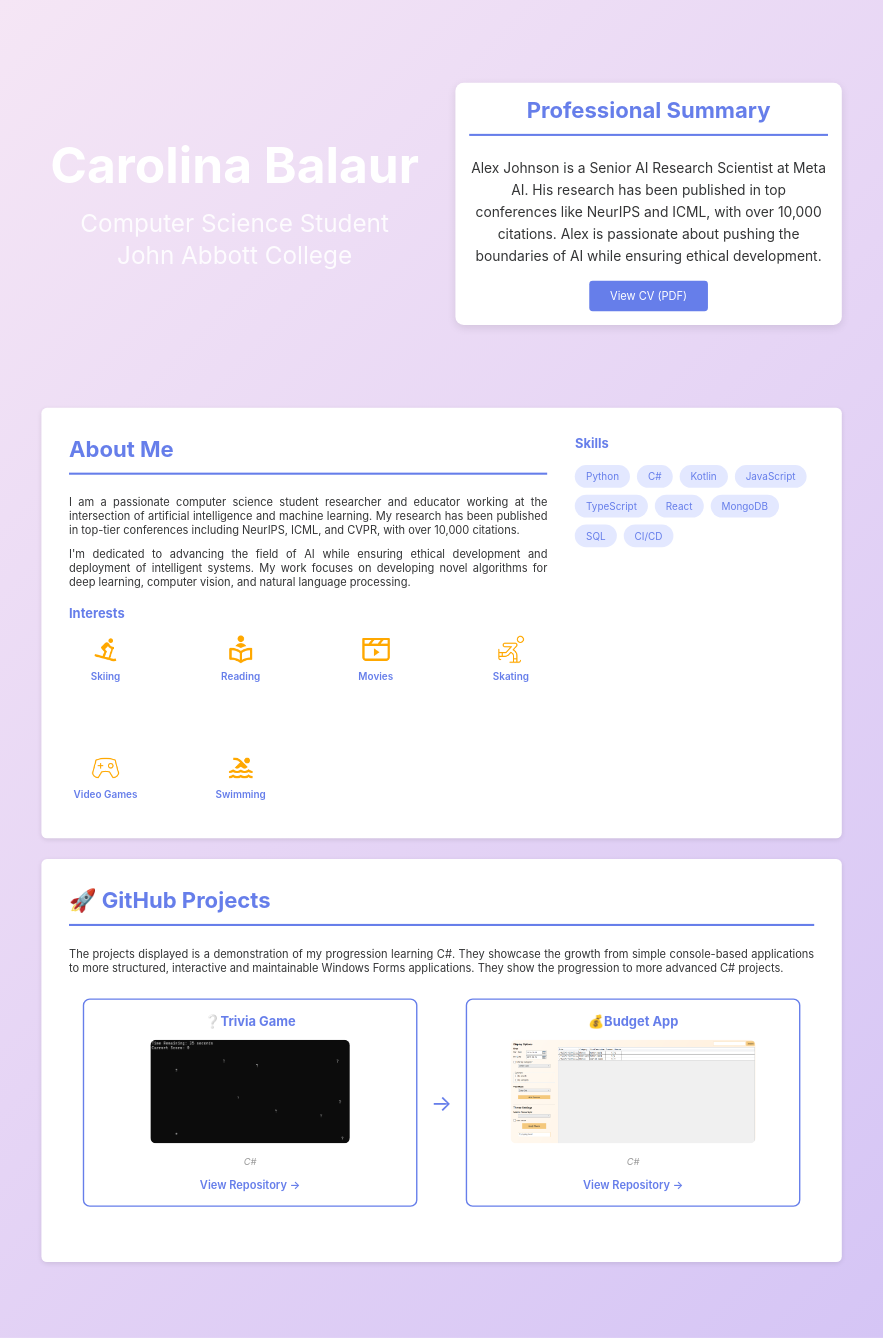
Repository: cocobalaur/portfolio
Page: index.html
The author's editor kept a copy of each file at every save. The page is drawn from the files as they stood at one save, then again after the next save.
The browser window is 1280 px wide. The pictures show the whole page, at 69% of full size.

Above is the page before, as saved 2025-12-06 23:52:50.

### index.html
<!DOCTYPE html>
<html lang="en">

<head>
    <meta charset="UTF-8">
    <meta name="viewport" content="width=device-width, initial-scale=1.0">
    <title>Portfolio</title>
    <link rel="stylesheet" href="style.css">
</head>

<body>
    <header class="header">
        <div class="container">

            <div class="header-section">
                <div class="header-content">

                    <h1>Carolina Balaur</h1>
                    <p class="title">Computer Science Student</p>
                    <p class="title">John Abbott College</p>
                </div>

                <div class="header-sidebar">

                    <h2 class="section-title">Professional Summary</h2>
                    <p>Alex Johnson is a Senior AI Research Scientist at Meta AI. His research has been
                        published in top
                        conferences like NeurIPS and ICML, with over 10,000 citations.
                        Alex is passionate about pushing the boundaries of AI while ensuring
                        ethical development.</p>


                    <a href="CarolinaBalaur.pdf" class="btn-primary" target="_blank">
                        View CV (PDF)
                    </a>

                </div>
                </section>
            </div>
    </header>

    <div class="container">

        <section class="section">
            <div class="project-section">
                <div class="project-content">

                    <h2 class="section-title">About Me</h2>
                    <p>
                        I am a passionate computer science student researcher and educator working at the intersection
                        of artificial intelligence
                        and machine learning. My research has been published in top-tier conferences including NeurIPS,
                        ICML, and CVPR, with over 10,000 citations.
                    </p>
                    <p>
                        I'm dedicated to advancing the field of AI while ensuring ethical development and deployment
                        of intelligent systems. My work focuses on developing novel algorithms for deep learning,
                        computer vision, and natural language processing.
                    </p>

                    <h3 style="color: #667eea; margin-bottom: 20px;">Interests</h3>
                    <div class="interests-grid">
                        <div class="interest-item">
                            <img src="icons-images/Downhill-Skiing.png" alt="Skiing Icon">
                            <p>Skiing</p>
                        </div>
                        <div class="interest-item">
                            <img src="icons-images/User-Reading.png" alt="Reading Icon">
                            <p>Reading</p>
                        </div>
                        <div class="interest-item">
                            <img src="icons-images/Movies-Clapboard-Play.png" alt="Movies Icon">
                            <p>Movies</p>
                        </div>
                        <div class="interest-item">
                            <img src="icons-images/Skating.png" alt="Skating Icon">
                            <p>Skating</p>
                        </div>
                        <div class="interest-item">
                            <img src="icons-images/Video-Games.png" alt="Video Games Icon">
                            <p>Video Games</p>
                        </div>
                        <div class="interest-item">
                            <img src="icons-images/Pool.png" alt="Video Games Icon">
                            <p>Swimming</p>
                        </div>
                    </div>

                </div>

                <div class="sidebar">
                    <h3 style="color: #667eea; margin-bottom: 20px;">Skills</h3>

                    <div class="interests">
                        <span class="interest-tag">Python</span>
                        <span class="interest-tag">C#</span>
                        <span class="interest-tag">Kotlin</span>
                        <span class="interest-tag">JavaScript</span>
                        <span class="interest-tag">TypeScript</span>
                        <span class="interest-tag">React</span>
                        <span class="interest-tag">MongoDB</span>
                        <span class="interest-tag">SQL</span>
                        <span class="interest-tag">CI/CD</span>
                    </div>
                </div>
        </section>

        <!-- Projects Section -->
        <section id="projects" class="section">
            <h2 class="section-title">🚀 GitHub Projects</h2>
            <div class="project-content">
                <p>
                    The projects displayed is a demonstration of my progression learning C#.
                    They showcase the growth from simple console-based applications to more structured, interactive and
                    maintainable Windows Forms applications.
                    They show the progression to more advanced C# projects.
                </p>
            </div>

            <div class="project-box">
                <div class="project-card">
                    <h3>❔Trivia Game</h3>
                    <a href="https://github.com/cocobalaur/answering-question-game.git" target="_blank">
                        <img src="icons-images/project1.png" alt="Project One Screenshot" class="project-image">
                    </a>
                    <p class="tech-stack">C#</p>
                    <a href="https://github.com/cocobalaur/answering-question-game.git" target="_blank">View Repository
                        →</a>
                </div>

                <div class="project-arrow">→</div>

                <div class="project-card">
                    <h3>💰Budget App</h3>
                    <a href="https://github.com/cocobalaur/AppDev_2025_LinaBiba.git" target="_blank">
                        <img src="icons-images\project2.png" alt="Project Two Screenshot" class="project-image">
                    </a>
                    <p class="tech-stack">C#</p>
                    <a href="https://github.com/cocobalaur/AppDev_2025_LinaBiba.git" target="_blank">View Repository
                        →</a>
                </div>
            </div>
        </section>
</body>

</html>

### style.css
* {
  margin: 0;
  padding: 0;
  box-sizing: border-box;
}

body {
  font-family: "Inter", -apple-system, BlinkMacSystemFont, "Segoe UI", Roboto,
    sans-serif;
  background: linear-gradient(135deg, #f5e6f5 0%, #e6d5f5 50%, #d5c5f5 100%);
  padding: 40px 20px;
  min-height: 100vh;
}

.header {
  color: white;
  padding: 40px 20px;
  text-align: center;
}

.header h1 {
  font-size: 4.5em;
  margin-bottom: 20px;
}

.header .title {
  font-size: 2.2em;
  opacity: 0.9;
  margin-bottom: 5px;
  text-align: center;
}

nav {
  background: white;
  padding: 15px 0;
  box-shadow: 0 2px 4px rgba(0, 0, 0, 0.1);
  position: sticky;
  top: 0;
  z-index: 100;
}

nav ul {
  list-style: none;
  display: flex;
  justify-content: center;
  flex-wrap: wrap;
}

nav li {
  margin: 0 20px;
}

nav a {
  text-decoration: none;
  color: #667eea;
  font-weight: 500;
  transition: color 0.3s;
}

nav a:hover {
  color: #764ba2;
}

.container {
  max-width: 1200px;
  margin: 0 auto;
  padding: 40px 20px;
}

.section {
  background: white;
  margin-bottom: 30px;
  padding: 40px;
  border-radius: 8px;
  box-shadow: 0 2px 8px rgba(0, 0, 0, 0.1);
}

.section-title {
  font-size: 2em;
  color: #667eea;
  margin-bottom: 30px;
  padding-bottom: 15px;
  border-bottom: 3px solid #667eea;
}

.header-sidebar p {
    font-size: 20px;
    line-height: 1.6;
    color: #343536;
}

.header-sidebar {
    background: white;
    padding: 20px;
    border-radius: 12px;
    box-shadow: 0 4px 12px rgba(0,0,0,0.1);
}

.header-section {
    display: grid;
    grid-template-columns: 1.5fr 1.5fr;
    align-items: center;
    gap: 40px;
    width: 100%;
}

.header-content {
    flex: 1;
    width: 100%;
}

.project-section {
  display: grid;
  grid-template-columns: 2fr 1fr;
  gap: 40px;
}

.project-content h3 {
  color: #667eea;
  margin-top: 25px;
  margin-bottom: 15px;
}

.project-content p {
  margin-bottom: 15px;
  text-align: justify;
  color: #343536;
}

.interests {
  display: flex;
  flex-wrap: wrap;
  gap: 10px;
}

.interest-tag {
  background: #e3e8ff;
  color: #667eea;
  padding: 8px 16px;
  border-radius: 20px;
  font-size: 0.9em;
}

.btn-primary {
  display: inline-block;
  background: #667eea;
  color: white;
  padding: 12px 30px;
  border-radius: 5px;
  text-decoration: none;
  margin-top: 20px;
  transition: background 0.3s;
}

.btn-primary:hover {
  background: #764ba2;
}

.projects-grid {
  display: grid;
  grid-template-columns: repeat(auto-fit, minmax(300px, 1fr));
  gap: 30px;
  margin-top: 30px;
}

.project-box {
  display: flex;
  gap: 20px;
  padding: 20px;
  margin-bottom: 20px;
}

.project-arrow {
  font-size: 2em;
  color: #667eea;
  display: flex;
  align-items: center;
  justify-content: center;
}

.project-card {
  border: 2px solid #667eea;
  padding: 20px;
  border-radius: 8px;
  background: white;
  flex: 1;
  transition: transform 0.3s, box-shadow 0.3s;
}

.project-card:hover {
  transform: translateY(-5px);
  box-shadow: 0 5px 15px rgba(102, 126, 234, 0.3);
}

.project-card h3 {
  color: #667eea;
  margin-bottom: 15px;
}

.project-card p {
  color: #666;
  margin-bottom: 15px;

}

.project-card .tech-stack {
  font-size: 0.85em;
  color: #999;
  font-style: italic;
  margin-bottom: 15px;
}

.project-card a {
  color: #667eea;
  text-decoration: none;
  font-weight: 600;
}

.interests-grid {
  display: grid;
  grid-template-columns: repeat(auto-fit, minmax(100px, 1fr));
  gap: 90px;
  text-align: center;
  margin-top: 20px;
}

.interest-item {
  display: flex;
  flex-direction: column;
  align-items: center;
  justify-content: center;
}

.interest-item img {
  width: 50px;
  height: 40px;
  object-fit: contain;
  margin-bottom: 10px;
  filter: invert(49%) sepia(100%) saturate(1000%) hue-rotate(10deg)
    brightness(1.1) contrast(1.2);
  transition: transform 0.3s;
}

.interest-item p {
  font-size: 0.9em;
  font-weight: 600;
  color: #667eea;
}

.project-card {
  padding: 20px;
  border-radius: 10px;
  text-align: center;
}

.project-image {
  max-height: 150px;
  border-radius: 8px;
  margin-bottom: 15px;
}

.interest-item:hover img {
  transform: scale(1.1);
}

@media (max-width: 768px) {
  .project-section {
    grid-template-columns: 1fr;
  }

  .publication-card {
    flex-direction: column;
  }

  .publication-img {
    width: 100%;
  }

  .project-box {
    flex-direction: column;
  }

  .project-arrow {
    transform: rotate(90deg);
  }

  nav ul {
    flex-direction: column;
    align-items: center;
  }

  nav li {
    margin: 5px 0;
  }
}

After the next save:
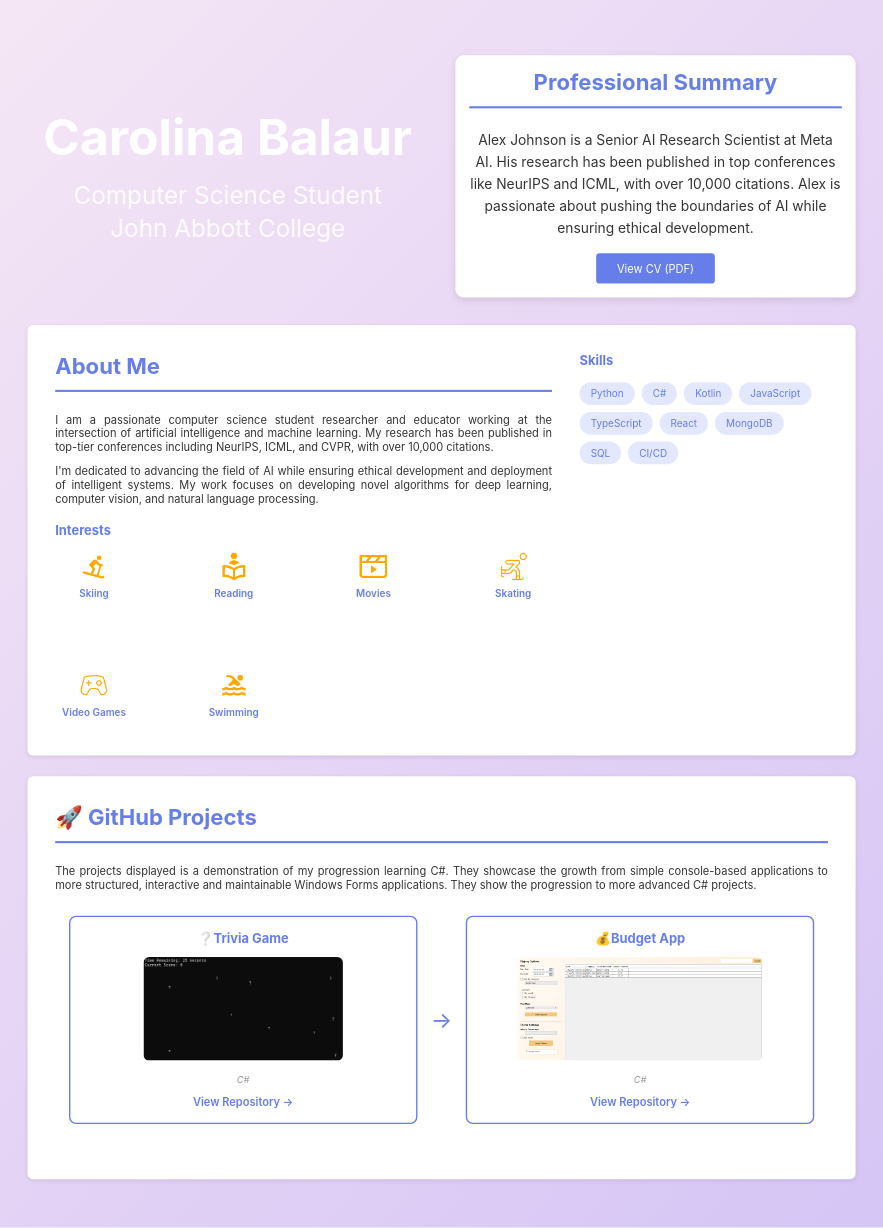
Saved 72 s later.
--- a/index.html
+++ b/index.html
@@ -40,7 +40,6 @@
     </header>
 
     <div class="container">
-
         <section class="section">
             <div class="project-section">
                 <div class="project-content">
--- a/style.css
+++ b/style.css
@@ -64,7 +64,6 @@ nav a:hover {
 .container {
   max-width: 1200px;
   margin: 0 auto;
-  padding: 40px 20px;
 }
 
 .section {
